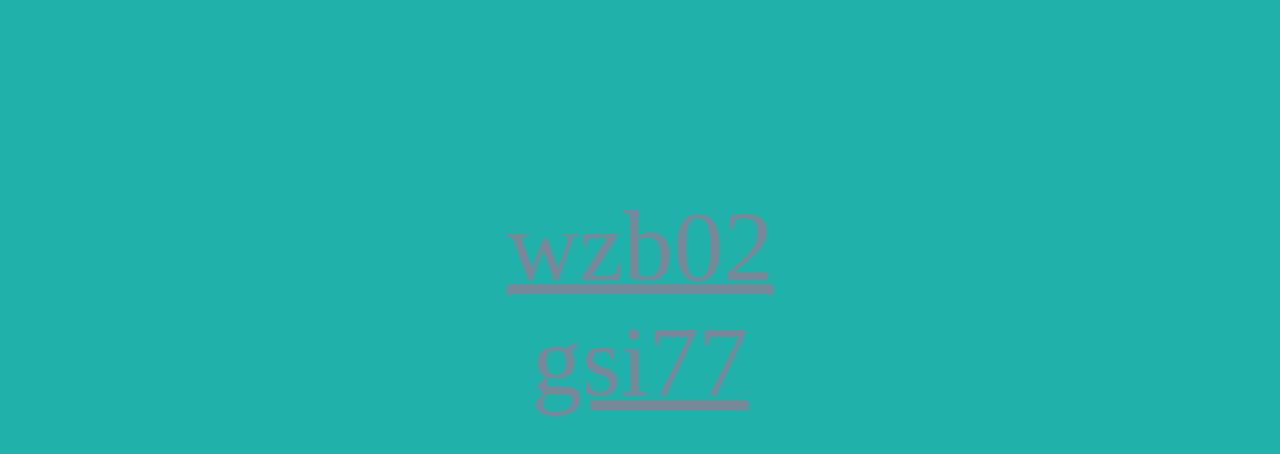
Repository: KHANas02/JS_first-lesson
Page: GIT.html
These files come from the project's save history. The page is drawn as it stood at one moment and after a run of saves; the edit follows.
The browser window is 1280 px wide. The pictures show the whole page.

Above is the page before, as saved 2024-03-23 10:03:06.

After the next 2 saves:
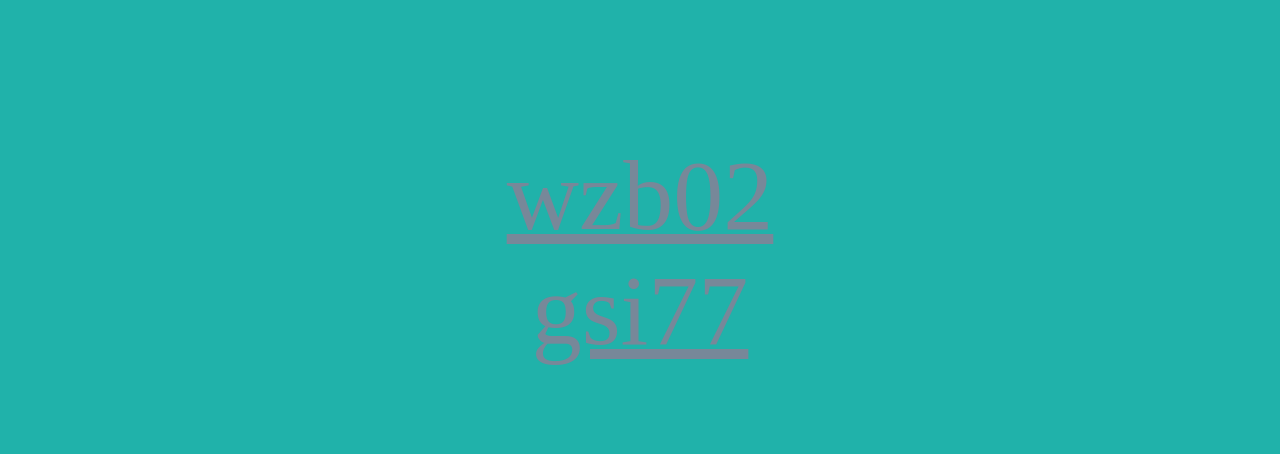
The 2 saves are shown as one change because they came seconds apart.
The last was saved 10 s later.
--- a/GIT.html
+++ b/GIT.html
@@ -20,7 +20,7 @@
         font-size: 100px;
         font-weight: 100px;
         position: relative;
-        top: 200px;
+        top: 150px;
       }
     </style>
   </head>
